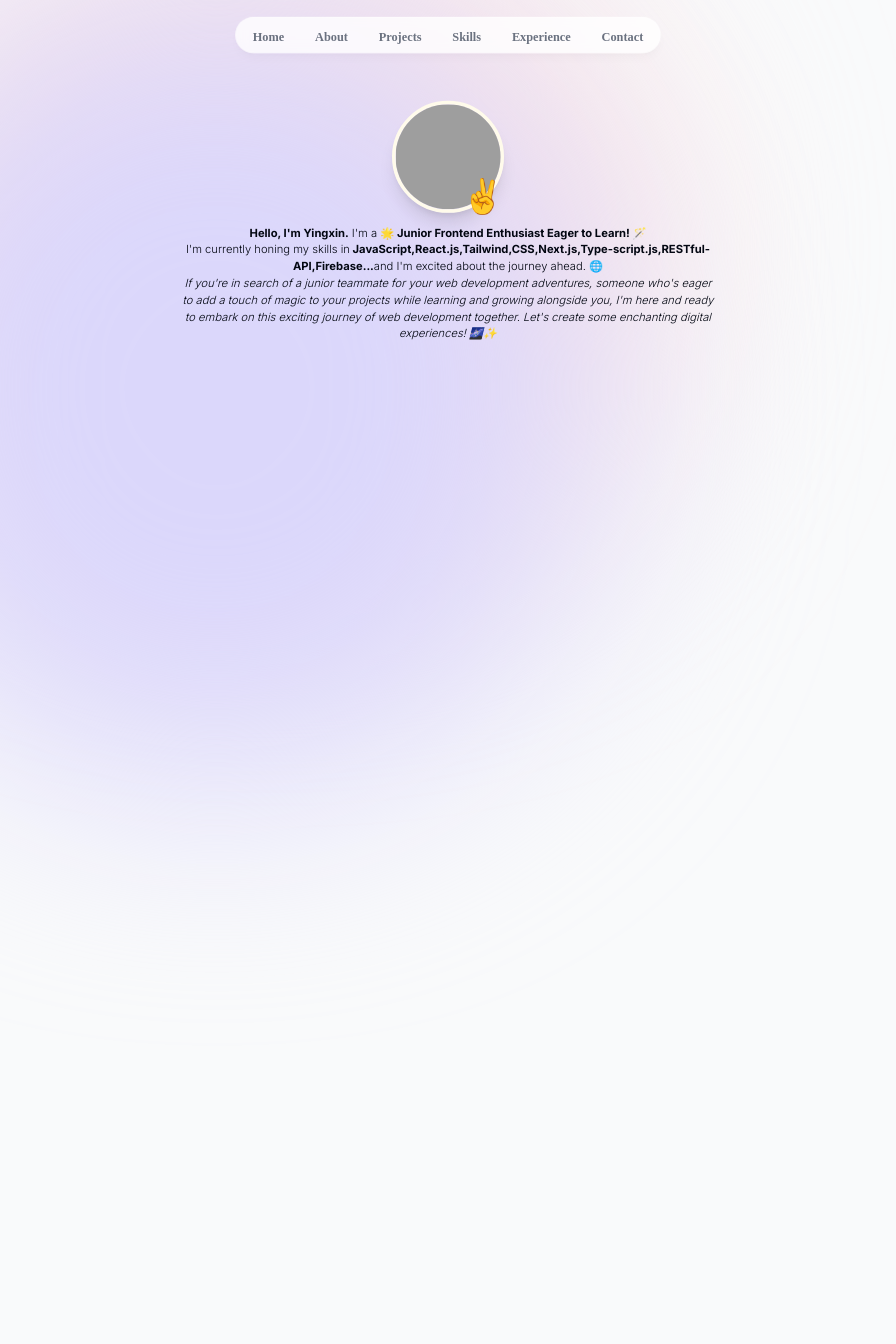
Repository: Tracy-maker/portfolio_website
Page: /
The author's editor kept a copy of each file at every save. The page is drawn from the files as they stood at one save, then again after a run of saves.
The browser window is 1280 px wide. The pictures show the part of the page from y = 0 to 1920 px (the page is 5000 px tall), at 70% of full size.
Pictures or frames that could not be fetched are drawn as grey boxes. The project was rebuilt for these pictures with package versions that can differ from the ones it lists, and the page was loaded fresh each time. The framework's server and built-in components were replaced by stand-ins that run in the browser. Also part of the build but not shown: next.config.js.

Above is the page before, as saved 2023-10-06 11:38:14.

### app/layout.tsx
import Header from "@/components/header";
import "./globals.css";
import type { Metadata } from "next";
import { Inter } from "next/font/google";

const inter = Inter({ subsets: ["latin"] });

export const metadata: Metadata = {
  title: "Yingxin_Zhang | Portfolio",
  description: "Yingxin_Zhang is a front-end developer",
};

export default function RootLayout({
  children,
}: {
  children: React.ReactNode;
}) {
  return (
    <html lang="en">
      <body
        className={`${inter.className} bg-gray-50 text-gray-950 relative h-[5000px] pt-28 sm:pt-36`}
      >
        <div className="bg-[#fbe2e3] absolute top-[-6rem] -z-10 right-[21rem] h-[56.25rem] w-[31.25rem] rounded-full blur-[10rem] sm:w-[68.75rem]"></div>
        <div className="bg-[#dbd7fb] absolute top-[-1rem] -z-10 left-[-45rem] h-[71.25rem] w-[-30rem] rounded-full blur-[10rem] sm:w-[68.75rem] md:left-[-33rem] lg:left-[-28rem] xl:left-[-15rem] 2xl:left-[-5rem]"></div>
        <Header />
        {children}
      </body>
    </html>
  );
}

### app/page.tsx
import Intro from "@/components/intro";
import Image from "next/image";

export default function Home() {
  return (
    <main className="flex flex-col items-center">
      <Intro />
    </main>
  );
}

### components/header.tsx
"use client";
import { motion } from "framer-motion";
import { links } from "@/lib/data";
import Link from "next/link";


export default function Header() {
  return (
    <header className="z-[999] relative">
      <motion.div
        className="fixed top-0 left-1/2 h-[4.5rem] w-full
        rounded-none border border-white border-opacity-40
        bg-white bg-opacity-80 shadow-lg shadow-black/[0.03]
        backdrop-blur-[0.5rem] sm:top-6 sm:h-[3.25rem] sm:w-[38rem] sm:rounded-full"
        initial={{ y: -100, x: "-50%", opacity: 0 }}
        animate={{ y: 0, x: "-50%", opacity: 1 }}
      ></motion.div>

      <nav className="flex font-custom fixed top-[0.15rem] left-1/2 h-12 -translate-x-1/2 py-2 sm:top-[1.7rem] sm:h-[initial] sm:py-0">
        <ul className="flex w-[22rem] flex-wrap items-center justify-center gap-y-1 text-[1.1rem] font-bold text-gray-500 sm:w-[initial] sm:flex-nowrap sm:gap-5">
          {links.map((link) => (
            <motion.li
              className="h-3/4 flex items-center justify-center relative"
              key={link.hash}
              initial={{ y: -100, opacity: 0 }}
              animate={{ y: 0, opacity: 1 }}
            >
              <Link
                className="flex w-full items-center justify-center px-3 py-3 hover:text-gray-950 transition"
                href={link.hash}
              >
                {link.name}
              </Link>
            </motion.li>
          ))}
        </ul>
      </nav>
    </header>
  );
}

### components/intro.tsx
"use client";

import Image from "next/image";
import React from "react";
import { motion } from "framer-motion";
import Link from "next/link";
import { BsLinkedin } from "react-icons/bs";
import { FaGithubSquare } from "react-icons/fa";

export default function Intro() {
  return (
    <section className="mb-28 max-w-[50rem] text-center sm:mb-0 scroll-mt-[100rem]">
      <div className="flex items-center justify-center">
        <div className="relative">
          <motion.div
            initial={{ opacity: 0, scale: 0 }}
            animate={{ opacity: 1, scale: 1 }}
            transition={{
              type: "tween",
              duration: 0.2,
            }}
          >
            <Image
              src="https://i.ibb.co/MRHHtS5/Wechat-IMG7.jpg"
              alt="Personal image"
              width="300"
              height="300"
              quality="90"
              priority={true}
              className="h-40 w-40 rounded-full object-cover border-[0.35rem] border-amber-50 shadow-xl"
            />
          </motion.div>

          <motion.span
            className="absolute bottom-0 right-0 text-5xl"
            initial={{ opacity: 0, scale: 0 }}
            animate={{ opacity: 1, scale: 1 }}
            transition={{
              type: "spring",
              stiffness: 125,
              delay: 0.1,
              duration: 0.7,
            }}
          >
            ✌️
          </motion.span>
        </div>
      </div>
      <motion.h6
        className="mb-10 mt-4 px-4 text-s font-light !leading-[1.5] sm:text-m"
        initial={{ opacity: 0, y: 100 }}
        animate={{ opacity: 1, y: 0 }}
      >
        <span className="font-bold">Hello, I'm Yingxin.</span> I'm a{" "}
        <span className="font-bold">
          🌟 Junior Frontend Enthusiast Eager to Learn! 🪄
        </span>
        <br />
        I'm currently honing my skills in
        <span className="font-bold">
          {" "}
          JavaScript,React.js,Tailwind,CSS,Next.js,Type-script.js,RESTful-API,Firebase...
        </span>
        and I'm excited about the journey ahead. 🌐
        <br />
        <span className="italic">
          If you're in search of a junior teammate for your web development
          adventures, someone who's eager to add a touch of magic to your
          projects while learning and growing alongside you, I'm here and ready
          to embark on this exciting journey of web development together. Let's
          create some enchanting digital experiences! 🌌✨
        </span>
      </motion.h6>

      <motion.div
        className="flex flex-col font-custom sm:flex-row items-center justify-center gap-2 px-4 text-lg font-medium"
        initial={{ opacity: 0, y: 100 }}
      >
        <Link
          href="#contact"
          className="bg-blue-900 text-white px-7 py-3 flex items-center gap-2 rounded-full"
        >
          Contact me here 🥳
        </Link>
        <a className="bg-blue-300 px-7 py-3 flex items-center gap-2 rounded-full">
          Download CV 🤠
        </a>
        <a className="bg-purple-50 px-7 py-3 flex items-center gap-2 rounded-full text-[2rem]">
          <BsLinkedin />
        </a>
        <a className="bg-purple-50 px-7 py-3 flex items-center gap-2 rounded-full text-[2rem]">
          <FaGithubSquare />
        </a>
      </motion.div>
    </section>
  );
}

### lib/data.ts
import React from "react";
import { CgWorkAlt } from "react-icons/cg";
import { FaReact } from "react-icons/fa";
import { LuGraduationCap } from "react-icons/lu";
import p1Img from "@/public/p1.png";
import p2Img from "@/public/p2.png";
import p3Img from "@/public/p3.png";

export const links = [
  {
    name: "Home",
    hash: "#home",
  },
  {
    name: "About",
    hash: "#about",
  },
  {
    name: "Projects",
    hash: "#projects",
  },
  {
    name: "Skills",
    hash: "#skills",
  },
  {
    name: "Experience",
    hash: "#experience",
  },
  {
    name: "Contact",
    hash: "#contact",
  },
] as const;

export const experiencesData = [
  {
    title: "Graduated bootcamp",
    location: "Miami, FL",
    description:
      "I graduated after 6 months of studying. I immediately found a job as a front-end developer.",
    icon: React.createElement(LuGraduationCap),
    date: "2019",
  },
  {
    title: "Front-End Developer",
    location: "Orlando, FL",
    description:
      "I worked as a front-end developer for 2 years in 1 job and 1 year in another job. I also upskilled to the full stack.",
    icon: React.createElement(CgWorkAlt),
    date: "2019 - 2021",
  },
  {
    title: "Full-Stack Developer",
    location: "Houston, TX",
    description:
      "I'm now a full-stack developer working as a freelancer. My stack includes React, Next.js, TypeScript, Tailwind, Prisma and MongoDB. I'm open to full-time opportunities.",
    icon: React.createElement(FaReact),
    date: "2021 - present",
  },
] as const;

export const projectsData = [
  {
    title: "CorpComment",
    description:
      "I worked as a full-stack developer on this startup project for 2 years. Users can give public feedback to companies.",
    tags: ["React", "Next.js", "MongoDB", "Tailwind", "Prisma"],
    imageUrl: p1Img,
  },
  {
    title: "rmtDev",
    description:
      "Job board for remote developer jobs. I was the front-end developer. It has features like filtering, sorting and pagination.",
    tags: ["React", "TypeScript", "Next.js", "Tailwind", "Redux"],
    imageUrl: p2Img,
  },
  {
    title: "Word Analytics",
    description:
      "A public web app for quick analytics on text. It shows word count, character count and social media post limits.",
    tags: ["React", "Next.js", "SQL", "Tailwind", "Framer"],
    imageUrl: p3Img,
  },
] as const;

export const skillsData = [
  "HTML",
  "CSS",
  "JavaScript",
  "TypeScript",
  "React",
  "Next.js",
  "Git",
  "MUI-material",
  "Tailwind",
  "REST-API",
  "PostgreSQL",
  "Framer Motion",
] as const;

### tailwind.config.ts
import type { Config } from 'tailwindcss'

const config: Config = {
  content: [
    './pages/**/*.{js,ts,jsx,tsx,mdx}',
    './components/**/*.{js,ts,jsx,tsx,mdx}',
    './app/**/*.{js,ts,jsx,tsx,mdx}',
  ],
  theme: {
    extend: {
      backgroundImage: {
        'gradient-radial': 'radial-gradient(var(--tw-gradient-stops))',
        'gradient-conic':
          'conic-gradient(from 180deg at 50% 50%, var(--tw-gradient-stops))',
      },
      fontFamily: {
        custom: ["Gabarito", "cursive"],
      },
    },
  },
  plugins: [],
}
export default config

Loaded but not shown: app/globals.css (common file)

After the next 2 saves:
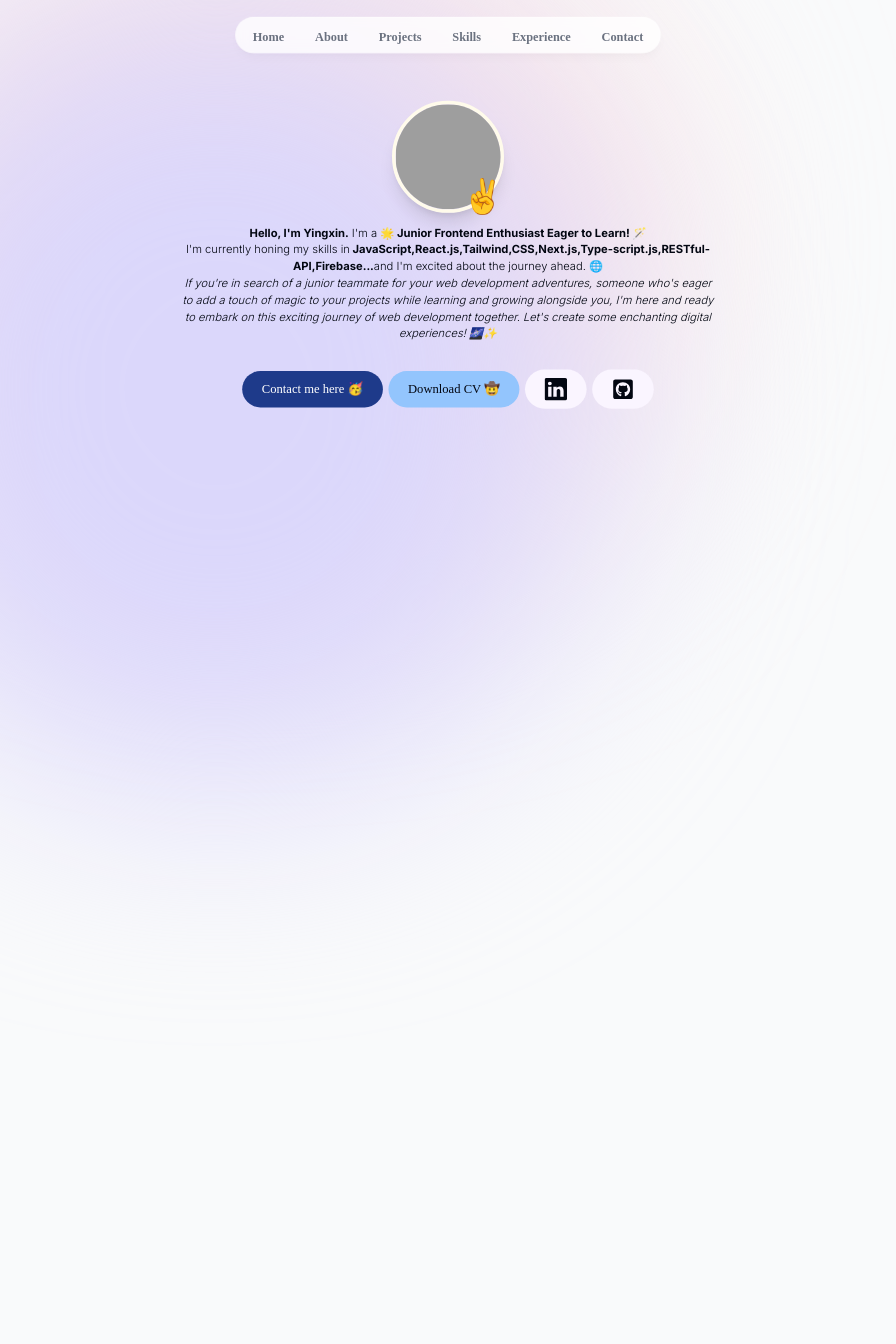
The 2 saves are shown as one change because they came seconds apart.
The last was saved 26 s later.
--- a/components/intro.tsx
+++ b/components/intro.tsx
@@ -75,6 +75,7 @@ export default function Intro() {
       <motion.div
         className="flex flex-col font-custom sm:flex-row items-center justify-center gap-2 px-4 text-lg font-medium"
         initial={{ opacity: 0, y: 100 }}
+        animate={{ opacity: 1, y: 0 }}
       >
         <Link
           href="#contact"
